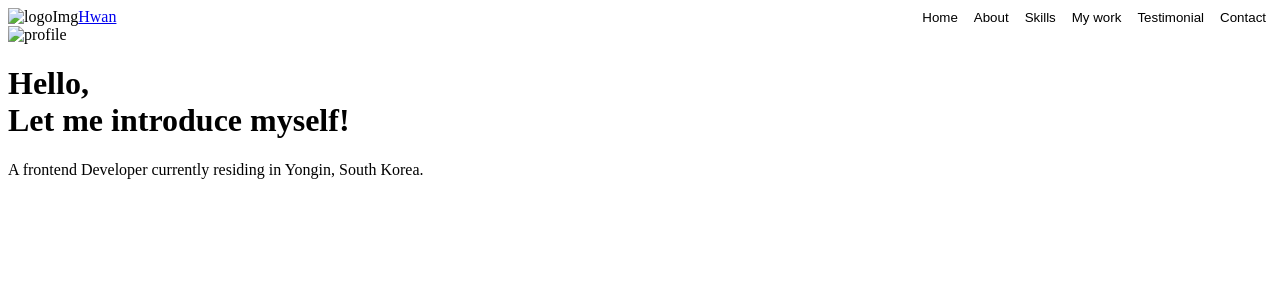
Repository: dhchun1203/Portfolio
Page: index.html
These files come from the project's save history. The page is drawn as it stood at one moment and after the next save; the edit follows.
The browser window is 1280 px wide. The pictures show the whole page.
Some web libraries are served in a nearby version.

Above is the page before, as saved 2020-12-02 15:40:26.

### index.html
<!DOCTYPE html>
<html lang="en">
	<head>
		<meta charset="UTF-8" />
		<meta name="viewport" content="width=device-width, initial-scale=1.0" />
		<title>Hwan's Portfolio</title>
		<meta
			name="description"
			content="portfolio for world-renowned software engineer Hwan"
		/>
		<meta name="author" content="Hwan" />
		<link rel="icon" type="image/png" href="imgs/favicon.png" />
		<script
			src="https://kit.fontawesome.com/8b98a99811.js"
			crossorigin="anonymous"
		></script>
		<link rel="preconnect" href="https://fonts.gstatic.com" />
		<link
			href="https://fonts.googleapis.com/css2?family=Open+Sans:wght@400;600;700&display=swap"
			rel="stylesheet"
		/>
		<link rel="stylesheet" href="style.css" />
		<script src="main.js" defer></script>
	</head>
	<body>
		<div class="home">
			<nav class="navbar">
				<div class="navbar__logo">
					<img src="" alt="logoImg" /><a href="#">Hwan</a>
				</div>
				<div class="navbar__btn">
					<button>Home</button>
					<button>About</button>
					<button>Skills</button>
					<button>My work</button>
					<button>Testimonial</button>
					<button>Contact</button>
				</div>
			</nav>
			<div class="home__img"><img src="" alt="profile" /></div>
			<div class="home__title">
				<h1>Hello, <br />Let me introduce myself!</h1>
			</div>
			<div class="home__description">
				<p>A frontend Developer currently residing in Yongin, South Korea.</p>
			</div>
			<div class="home__btn"></div>
		</div>
	</body>
</html>

### style.css
.navbar {
	display: flex;
	flex-direction: row;
	justify-content: space-between;
}
.navbar__logo {
	display: flex;
	flex-direction: row;
}
.navbar__btn button {
	border-style: none;
	background: none;
}

Loaded but not shown: main.js (no copy from this time; the picture is the same without it)

After the next save:
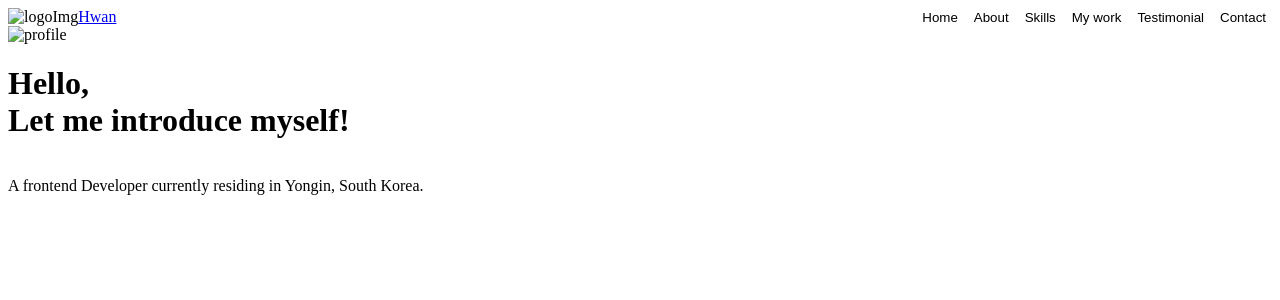
Saved 62 s later.
--- a/style.css
+++ b/style.css
@@ -1,3 +1,8 @@
+.home {
+	display: flex;
+	flex-direction: column;
+	justify-content: center;
+}
 .navbar {
 	display: flex;
 	flex-direction: row;
